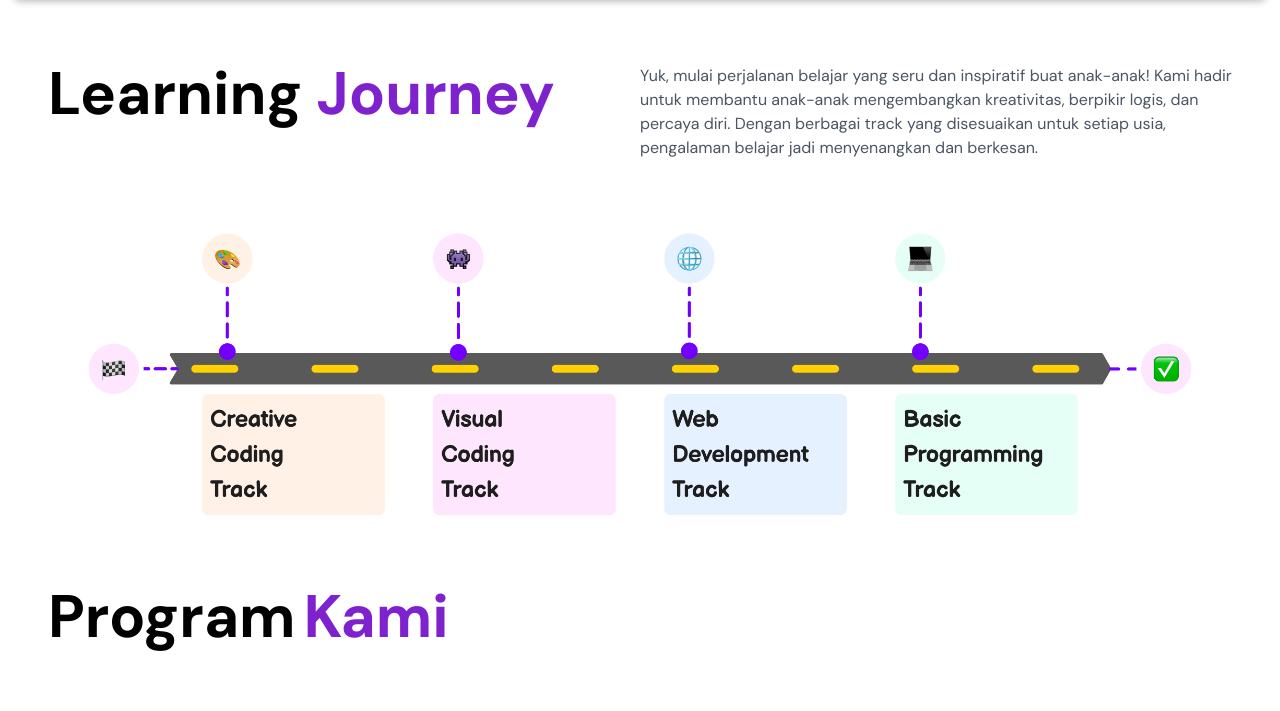
Repository: paskasiregar/ttccomweb
Page: /track/basic-programming
The author's editor kept a copy of each file at every save. The page is drawn from the files as they stood at one save, then again after a run of saves.
The browser window is 1280 px wide. The pictures show the part of the page from y = 1528 to 2307 px (the page is 2239 px tall before and 2307 px after).
The project was rebuilt for these pictures with package versions that can differ from the ones it lists, and the page was loaded fresh each time. The framework's server and built-in components were replaced by stand-ins that run in the browser. Also part of the build but not shown: next.config.js, next.config.mjs.

Above is the page before, as saved 2024-11-16 23:14:59.

### src/app/layout.js
import "./globals.css";
import { DM_Sans } from "next/font/google";

const dmSans = DM_Sans({
  subsets: ["latin"],
  weight: ["400", "500", "700"], // Include only the weights you need
  variable: "--font-dm-sans", // Optional: CSS variable for global use
});

export const metadata = {
  title: "Tiny Tech Club",
  description: "Small techies, big dreams 🚀",
};

export default function RootLayout({ children }) {
  return (
    <html lang="en" className={dmSans.variable}>
      <body className="antialiased">{children}</body>
    </html>
  );
}

### src/app/template.js
import React from "react";

export default function TrackTemplate({ title, description, children }) {
  return (
    <div>
      {/* Hero Section */}
      <div className="relative h-screen w-full">
        <img
          src="https://images.unsplash.com/photo-1494783367193-149034c05e8f"
          alt="Background"
          className="absolute inset-0 w-full h-full object-cover filter blur-sm"
        />
        <div className="absolute inset-0 bg-black bg-opacity-50"></div>
        <div className="absolute inset-0 flex flex-col items-center justify-center">
          <h1 className="text-4xl text-white font-bold">{title}</h1>
          <p className="text-xl text-white mt-4">{description}</p>
        </div>
      </div>

      {/* Content Section */}
      <div className="max-w-7xl mx-auto px-4 py-8">{children}</div>
    </div>
  );
}

### src/app/track/[track]/page.js
"use client";
import { useParams } from "next/navigation";
import TrackTemplate from "../[track]";
import Image from "next/image";
import ljImage from "@/assets/lj.png";

export default function TrackPage() {
  const { track } = useParams();

  const trackDetails = {
    "creative-coding": {
      title: "Creative Coding Track",
      description:
        "Kenalkan coding ke anak-anak dengan aktivitas seru dan edukatif. Cocok banget buat usia 4-5 tahun untuk membangun kemampuan berpikir logis.",
      backgroundImage:
        "https://images.unsplash.com/photo-1544717305-2782549b5136", // Replace with a relevant Creative Coding image
    },
    "visual-coding": {
      title: "Visual Coding Track",
      description:
        "Belajar konsep pemrograman visual pakai ScratchJr. Cocok buat anak usia 6-7 tahun untuk bikin cerita dan proyek seru sambil belajar coding dasar.",
      backgroundImage:
        "https://images.unsplash.com/photo-1573164574393-b9b12c3ff9c6", // Replace with a relevant Visual Coding image
    },
    "web-development": {
      title: "Web Development Track",
      description:
        "Pelajari dasar-dasar pengembangan web pakai HTML, CSS, dan JavaScript. Cocok untuk anak usia 8-12 tahun yang mau bikin proyek mini web seru.",
      backgroundImage:
        "https://images.unsplash.com/photo-1522071820081-009f0129c71c", // Replace with a relevant Web Development image
    },
    "basic-programming": {
      title: "Basic Programming Track",
      description:
        "Belajar konsep pemrograman inti pakai Python dan JavaScript. Dirancang untuk usia 13-16 tahun yang pengen bikin aplikasi nyata dan mengasah kemampuan problem-solving.",
      backgroundImage:
        "https://images.unsplash.com/photo-1517433456452-f9633a875f6f", // Replace with a relevant Basic Programming image
    },
    // Add more tracks as needed
  };

  const trackData = trackDetails[track] || {
    title: "Track Tidak Ditemukan",
    description: "Track yang kamu cari nggak ada nih.",
    backgroundImage:
      "https://images.unsplash.com/photo-1506748686214-e9df14d4d9d0", // Default image for not found
  };

  return (
    <div className="mx-auto">
      {/* Back Button */}
      <div className="my-4 px-4 sm:px-8">
        <button
          className="secondary-button"
          onClick={() => (window.location.href = "/")}
        >
          &lt; Kembali
        </button>
      </div>

      {/* Track Template */}
      <section>
        <TrackTemplate
          title={trackData.title}
          description={trackData.description}
          backgroundImage={trackData.backgroundImage}
        />

        {/* Learning Journey Section */}
        <section className="w-full my-8 px-4 sm:px-8 max-w-container py-20">
          <div>
            <div className="flex flex-col md:flex-row items-center md:items-start md:justify-between">
              {/* Title */}
              <div className="max-w-lg md:w-1/2">
                <h1 className="text-6xl md:text-6xl font-bold mb-8">
                  Learning <span className="text-purple-700">Journey</span>
                </h1>
              </div>

              {/* Description */}
              <div className="mt-6 md:mt-0 md:w-1/2 mb-8">
                <p className="text-gray-600 text-base md:text-md">
                  Yuk, mulai perjalanan belajar yang seru dan inspiratif buat
                  anak-anak! Kami hadir untuk membantu anak-anak mengembangkan
                  kreativitas, berpikir logis, dan percaya diri. Dengan berbagai
                  track yang disesuaikan untuk setiap usia, pengalaman belajar
                  jadi menyenangkan dan berkesan.
                </p>
              </div>
            </div>

            {/* Image */}
            <div className="mt-6 md:mt-0 mb-8">
              <Image
                src={ljImage}
                alt="Perjalanan Belajar"
                width={1440} // Adjust width as needed
                height={1000} // Adjust height as needed
                className="rounded-lg"
              />
            </div>
          </div>
        </section>

        {/* Our Program Section */}
        <section className="w-full my-8 px-4 sm:px-8 max-w-container py-20">
          <div>
            <div className="flex flex-col md:flex-row items-center md:items-start md:justify-between">
              {/* Title */}
              <div className="max-w-lg md:w-1/2">
                <h1 className="text-6xl md:text-6xl font-bold mb-8 flex flex-row items-center space-x-2">
                  <span>Program</span>
                  <span className="text-purple-700">Kami</span>
                </h1>
              </div>
            </div>
          </div>
        </section>
      </section>
    </div>
  );
}

### src/app/globals.css
@tailwind base;
@tailwind components;
@tailwind utilities;

@import url('https://fonts.googleapis.com/css2?family=DM+Sans:wght@400;500;700&display=swap');

:root {
  --font-dm-sans: "DM Sans", sans-serif;
}

@font-face {
  font-family: 'DM Sans';
  src: url('/fonts/DM-Sans.woff2') format('woff2'),
    url('/fonts/DM-Sans.woff') format('woff');
  font-weight: 400;
  font-style: normal;
}

body {
  font-family: 'DM Sans', sans-serif;
}

.dm-sans-custom {
  font-family: "DM Sans", sans-serif;
  font-optical-sizing: auto;
  font-weight: 400;
  font-style: normal;
}

body {
  font-family: 'DM Sans', Arial, Helvetica, sans-serif;
  margin: 0;
  padding: 0;
  box-sizing: border-box;
}

*,
*::before,
*::after {
  box-sizing: inherit;
}

/* Container class for centering content */
.max-w-container {
  max-width: 1440px;
  margin: 0 auto;
  padding: 0 16px;
  /* Optional padding for spacing on smaller screens */
}

### src/app/track/[track].js
import React from "react";

export default function TrackTemplate({ title, description, children }) {
  return (
    <div>
      {/* Hero Section */}
      <div className="relative h-screen w-full">
        <img
          src="https://images.unsplash.com/photo-1494783367193-149034c05e8f"
          alt="Background"
          className="absolute inset-0 w-full h-full object-cover filter blur-sm"
        />
        <div className="absolute inset-0 bg-black bg-opacity-50"></div>
        <div className="absolute inset-0 flex flex-col items-center justify-center">
          <h1 className="text-6xl text-white font-bold p-8">{title}</h1>
          <p className="text-xl text-white mt-4 p-8">{description}</p>
        </div>
      </div>

      {/* Content Section */}
      <div className="max-w-7xl mx-auto px-4 py-8">{children}</div>
    </div>
  );
}

### src/components/programTabs.jsx
import React, { useState } from "react";

function ProgramTabs() {
  const [activeTab, setActiveTab] = useState("online");

  const tabs = [
    { id: "online", label: "Kelas Online" },
    { id: "offline", label: "Kelas Offline" },
  ];

  const handleTabClick = (tabId) => setActiveTab(tabId);

  return (
    <div className="w-full">
      {/* Tabs */}
      <div className="flex justify-center space-x-4 mb-6">
        {tabs.map((tab) => (
          <button
            key={tab.id}
            className={`py-2 px-4 rounded-full ${
              activeTab === tab.id
                ? "bg-black text-white"
                : "bg-gray-200 text-gray-600"
            }`}
            onClick={() => handleTabClick(tab.id)}
          >
            {tab.label}
          </button>
        ))}
      </div>

      {/* Tab Content */}
      <div>
        {activeTab === "online" && (
          <div>
            <p>Kelas Online Content</p>
          </div>
        )}
        {activeTab === "offline" && (
          <div>
            <p>Kelas Offline Content</p>
          </div>
        )}
      </div>
    </div>
  );
}

export default ProgramTabs;

Loaded but not shown: tailwind.config.js (common file)

After the next 2 saves:
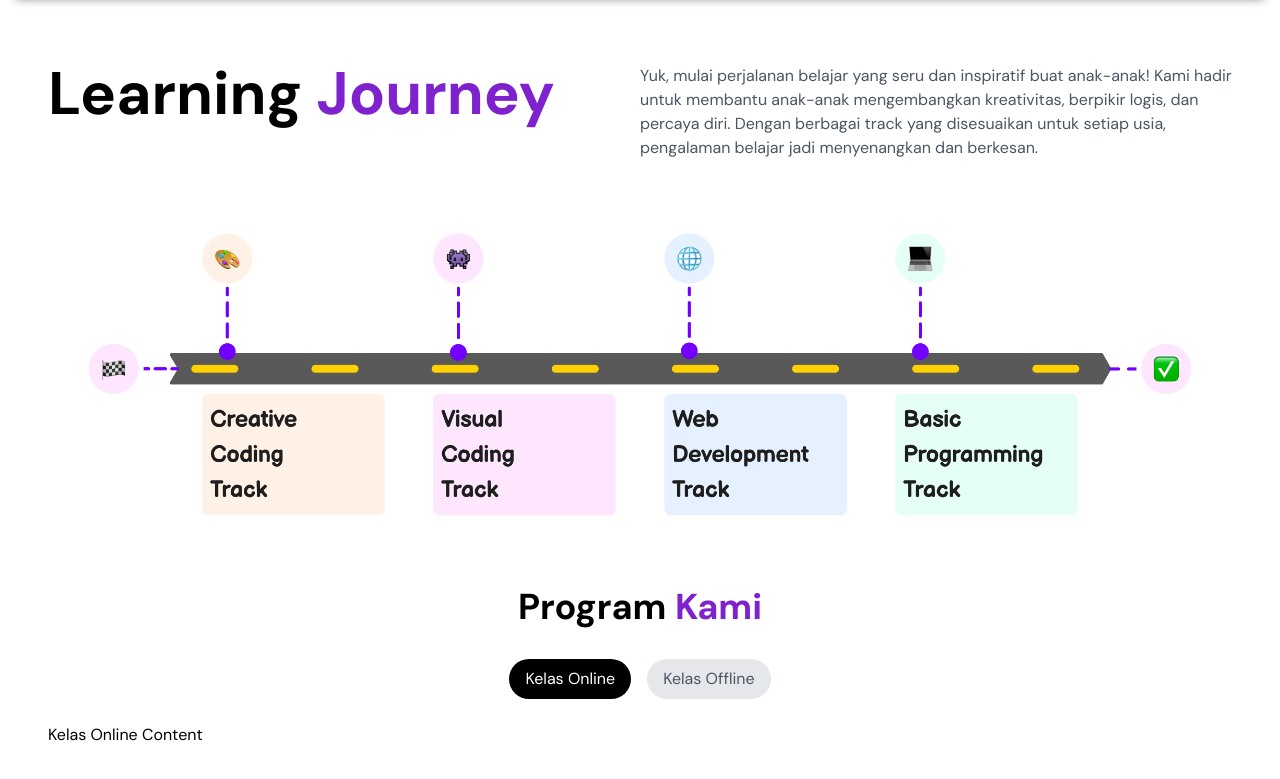
The 2 saves are shown as one change because 1 did not build or start.
The last was saved 20 s later.
--- a/src/app/track/[track]/page.js
+++ b/src/app/track/[track]/page.js
@@ -3,6 +3,7 @@ import { useParams } from "next/navigation";
 import TrackTemplate from "../[track]";
 import Image from "next/image";
 import ljImage from "@/assets/lj.png";
+import ProgramTabs from "@/components/programTabs";
 
 export default function TrackPage() {
   const { track } = useParams();
@@ -103,18 +104,11 @@ export default function TrackPage() {
         </section>
 
         {/* Our Program Section */}
-        <section className="w-full my-8 px-4 sm:px-8 max-w-container py-20">
-          <div>
-            <div className="flex flex-col md:flex-row items-center md:items-start md:justify-between">
-              {/* Title */}
-              <div className="max-w-lg md:w-1/2">
-                <h1 className="text-6xl md:text-6xl font-bold mb-8 flex flex-row items-center space-x-2">
-                  <span>Program</span>
-                  <span className="text-purple-700">Kami</span>
-                </h1>
-              </div>
-            </div>
-          </div>
+        <section className="w-full my-8 px-4 sm:px-8 max-w-container mb-8">
+          <h2 className="text-center text-4xl font-bold mb-8">
+            Program <span className="text-purple-700">Kami</span>
+          </h2>
+          <ProgramTabs />
         </section>
       </section>
     </div>
